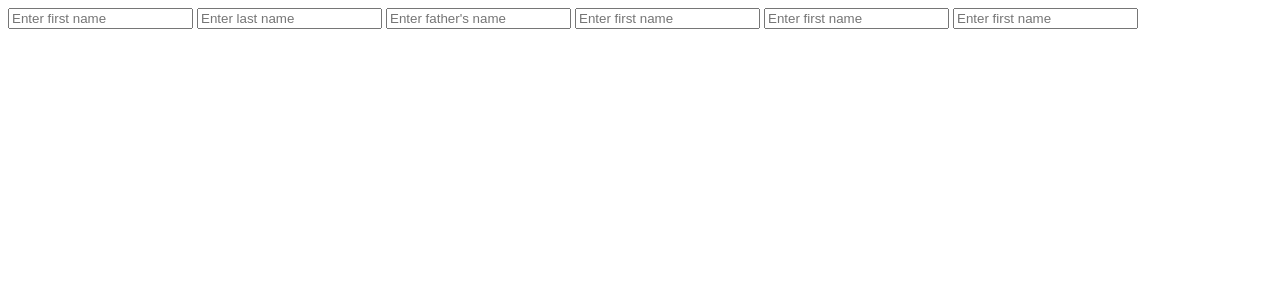
Repository: meta-pranjal-agrawal/software_fundamentals
Page: EAD/ead_assignment2/EADSession3/WebContent/Index.html
The author's editor kept a copy of each file at every save. The page is drawn from the files as they stood at one save, then again after the next save.
The browser window is 1280 px wide. The pictures show the whole page.

Above is the page before, as saved 2020-02-01 10:15:57.

### EAD/ead_assignment2/EADSession3/WebContent/Index.html
<!DOCTYPE html>
<html>
<head>
<meta charset="ISO-8859-1">
<title>Insert title here</title>
</head>
<body>
<form>
	<input type="text" placeholder="Enter first name" id="firstname">
	<input type="text" placeholder="Enter last name"  id="lastname">
	<input type="text" placeholder="Enter father's name" id="fathername">
	<input type="email" placeholder="Enter first name" id="email">
	<input type="number" placeholder="Enter first name" id="class">
	<input type="number" placeholder="Enter first name" id="age">

</form>
</body>
</html>

After the next save:
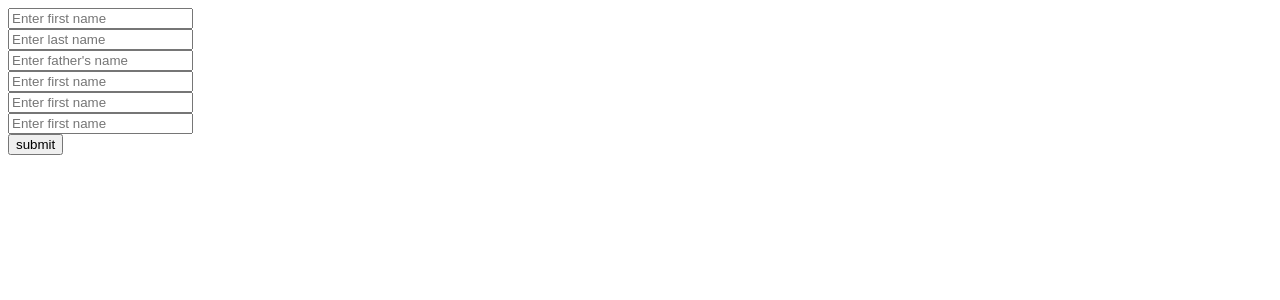
Saved 83 s later.
--- a/EAD/ead_assignment2/EADSession3/WebContent/Index.html
+++ b/EAD/ead_assignment2/EADSession3/WebContent/Index.html
@@ -6,12 +6,13 @@
 </head>
 <body>
 <form>
-	<input type="text" placeholder="Enter first name" id="firstname">
-	<input type="text" placeholder="Enter last name"  id="lastname">
-	<input type="text" placeholder="Enter father's name" id="fathername">
-	<input type="email" placeholder="Enter first name" id="email">
-	<input type="number" placeholder="Enter first name" id="class">
-	<input type="number" placeholder="Enter first name" id="age">
+	<input type="text" placeholder="Enter first name" id="firstname"> <br>
+	<input type="text" placeholder="Enter last name"  id="lastname"> <br>
+	<input type="text" placeholder="Enter father's name" id="fathername"> <br>
+	<input type="email" placeholder="Enter first name" id="email"> <br>
+	<input type="number" placeholder="Enter first name" id="class"> <br>
+	<input type="number" placeholder="Enter first name" id="age"> <br>
+	<input type="submit" value="submit">
 
 </form>
 </body>
